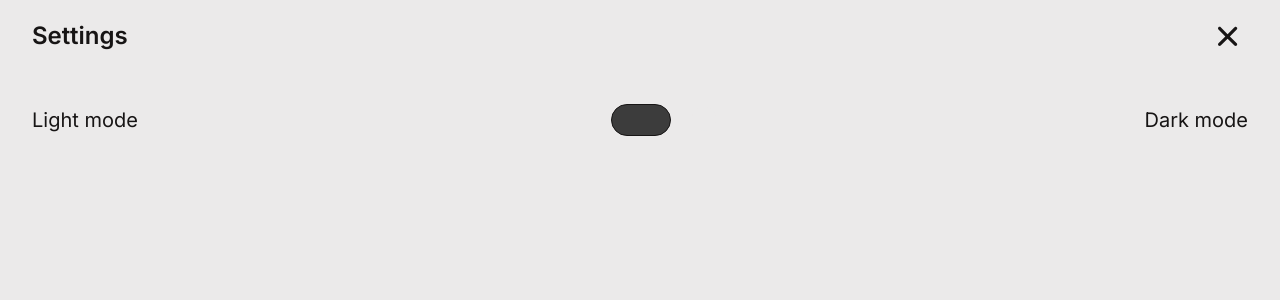
Repository: IdaHolmen/notes
Page: index.html
These files come from the project's save history. The page is drawn as it stood at one moment and after the next save; the edit follows.
The browser window is 1280 px wide. The pictures show the whole page.
The first `input` is checked.

Above is the page before, as saved 2024-10-26 18:43:07.

### index.html
<!DOCTYPE html>
<html lang="en">
    <head>
        <meta charset="UTF-8" />
        <meta name="viewport" content="width=device-width, initial-scale=1.0" />
        <title>Notes</title>

        <link rel="stylesheet" href="./css/reset.css" />
        <link rel="stylesheet" href="./css/style.css" />
    </head>
    <body>
        <header class="notes-header">
            <button class="hamburger-button header-buttons">
                <img src="./assets/hamburger.svg" alt="Hamburger menu" class="hamburger-image header-images" />
            </button>
            <h1 class="headline">Notes</h1>
            <button class="add-notes-button header-buttons">
                <img src="./assets/plus.svg" alt="A plus sign to add notes" class="add-notes-image header-images" />
            </button>
        </header>

        <main class="main-container">
            <div class="default-container">
                <p class="default-text">Tap the + to add a new note</p>
            </div>

            <div class="hamburger-menu">
                <div class="hamburger-header">
                    <h2 class="headline">Settings</h2>
                    <button class="close-button header-buttons">
                        <img src="./assets/exit.svg" alt="Exit button" class="exit-image" />
                    </button>
                </div>

                <div class="hamburger-main-container">
                    <div class="mode-container">
                        <p class="mode-text">Light mode</p>

                        <label class="switch">
                            <input type="checkbox" />
                            <span class="slider round"></span>
                        </label>

                        <p class="mode-text">Dark mode</p>
                    </div>
                </div>
            </div>
        </main>
        <script src="app.js"></script>
    </body>
</html>

### css/reset.css
*, *::before, *::after {
	box-sizing: border-box;
  }

* {
	margin: 0;
	padding: 0;
}

body {
	line-height: 1.5;
	-webkit-font-smoothing: antialiased;
}

img, picture, video, canvas, svg {
	display: block;
	max-width: 100%;
}

input, textarea, select {
	font: inherit;
}

p, h1, h2, h3, h4, h5, h6 {
	overflow-wrap: break-word;
}

#root, #__next {
	isolation: isolate;
}

button {
	font: inherit;
	background: transparent;
	border: none;
	cursor: pointer;
	touch-action: manipulation;
}

a {
	color: inherit;
	text-decoration: none;
}

### css/style.css
@import url('https://fonts.googleapis.com/css2?family=Inter:ital,opsz,wght@0,14..32,100..900;1,14..32,100..900&display=swap');

:root {
    --primary-color: #ebeaea;
    --secondary-color: #171515;
    --dark-card-color: #3c3c3c;
    --light-card-color: #f0edc7;
}

body {
    width: 100%;
    height: 100vh;
    background-color: var(--primary-color);
    color: var(--secondary-color);
    font-family: 'Inter';
}

.notes-header {
    width: 100%;
    height: 10%;
    display: none;
    flex-direction: row;
    align-items: center;
    justify-content: space-between;
    padding: 1rem 2rem;
}

.headline {
    font-size: 1.5rem;
    font-weight: 600;
}

.header-buttons {
    width: 2.5rem;
    height: 2.5rem;
    border-radius: 50%;
    display: flex;
    justify-content: center;
    align-items: center;
}

.header-buttons:hover {
    background-color: #d9d9d9;
}

.header-buttons:active {
    background-color: #a5a5a5;
}

.header-images {
    width: 1.5rem;
    height: 1.5rem;
}

.main-container {
    width: 100%;
    height: 90%;
}

.default-container {
    width: 100%;
    height: 100%;
    display: none;
    justify-content: center;
    align-items: center;
}

.default-text {
    font-size: 1.25rem;
}

/* ------------ HAMBURGER MENU ------------  */
.hamburger-menu {
    width: 100%;
    height: 100vh;
}

.hamburger-header {
    width: 100%;
    height: 10%;
    display: flex;
    flex-direction: row;
    align-items: center;
    justify-content: space-between;
    padding: 1rem 2rem;
}

.exit-image {
    width: 1.25rem;
    height: 1.25rem;
}

.hamburger-main-container {
    width: 100%;
    height: 90%;
}

.mode-container {
    width: 100%;
    padding: 2rem;
    display: flex;
    flex-direction: row;
    justify-content: space-between;
    align-items: center;
}

.mode-text {
    font-size: 1.25rem;
}

.switch {
    width: 3.75rem;
    height: 2rem;
    background-color: var(--dark-card-color);
    border-radius: 2rem;
    border: 1px solid var(--secondary-color);
    display: inline-block;
    position: relative;
}

.switch input {
    opacity: 0;
    width: 0;
    height: 0;
}

.slider {
    width: 3.75rem;
    height: 2rem;
    border-radius: 2rem;
    position: absolute;
    cursor: pointer;
    top: 0;
    left: 0;
    right: 0;
    bottom: 0;
    -webkit-transition: 0.4s;
    transition: 0.4s;
}

.slider:hover {
    background: #595959;
}

.slider:before {
    position: absolute;
    content: '';
    height: 1.5rem;
    width: 1.5rem;
    left: 8px;
    bottom: 6px;
    background-color: var(--primary-color);
    -webkit-transition: 0.4s;
    transition: 0.4s;
}

input:checked + .slider {
    background-color: var(--color-accent-11);
}

input:focus + .slider {
    box-shadow: 0 0 1px;
}

input:checked + .slider:before {
    -webkit-transform: translateX(72px);
    -ms-transform: translateX(72px);
    transform: translateX(72px);
}

.slider.round {
    border-radius: 34px;
}

.slider.round:before {
    border-radius: 50%;
}

### app.js
// FETCHING ELEMENTS FROM THE DOM
const hamburgerButton = document.querySelector('.hamburger-button');

// EVENT LISTENERS
hamburgerButton.addEventListener('click', ()=> {
  console.log('Button clicked');

})

After the next save:
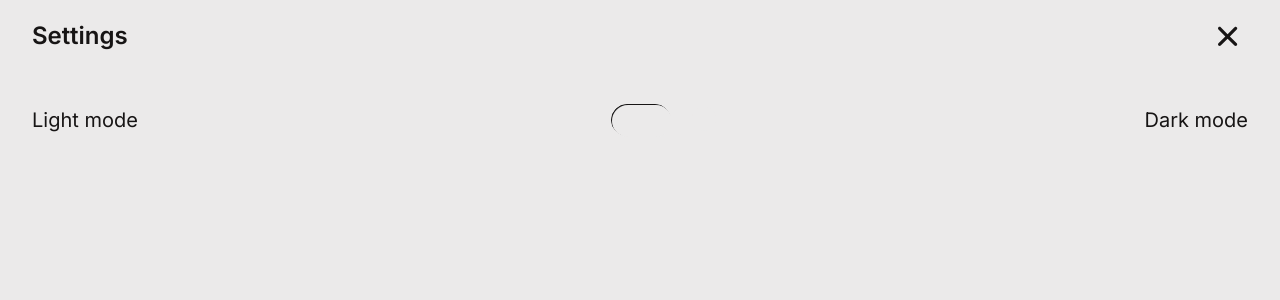
Saved 37 s later.
--- a/css/style.css
+++ b/css/style.css
@@ -155,7 +155,7 @@ body {
 }
 
 input:checked + .slider {
-    background-color: var(--color-accent-11);
+    background-color: var(--primary-color);
 }
 
 input:focus + .slider {
